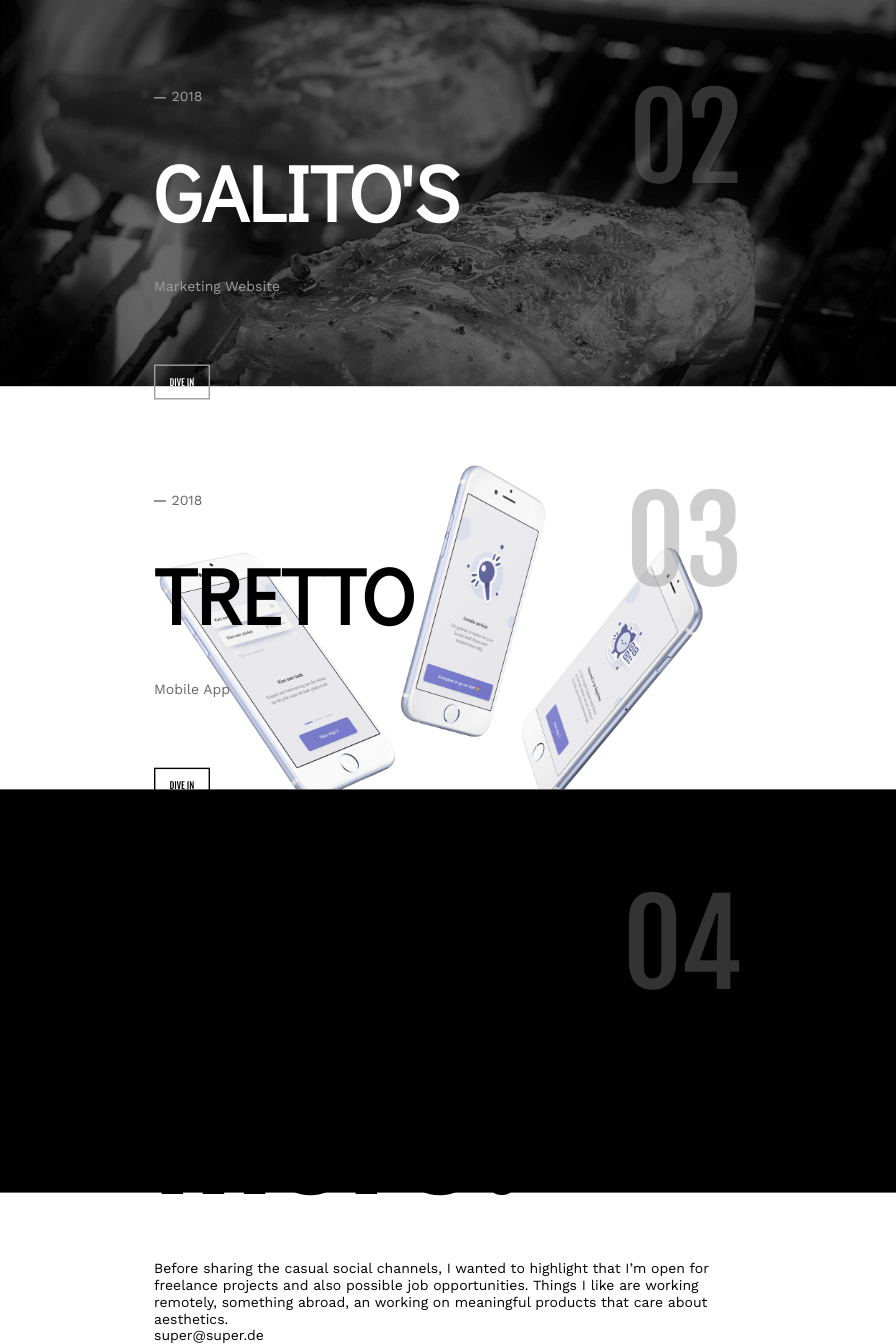
Repository: m0lt/DigitalDesigner
Page: index.html
An editor plug-in stored every save of this project. The page is shown before and after the next save, followed by the edit.
The browser window is 1280 px wide. The pictures show the part of the page from y = 2584 to 4504 px (the page is 4504 px tall), at 70% of full size.
Backgrounds fixed to the window are drawn as part of the page.

Above is the page before, as saved 2025-07-08 11:34:31.

After the next save:
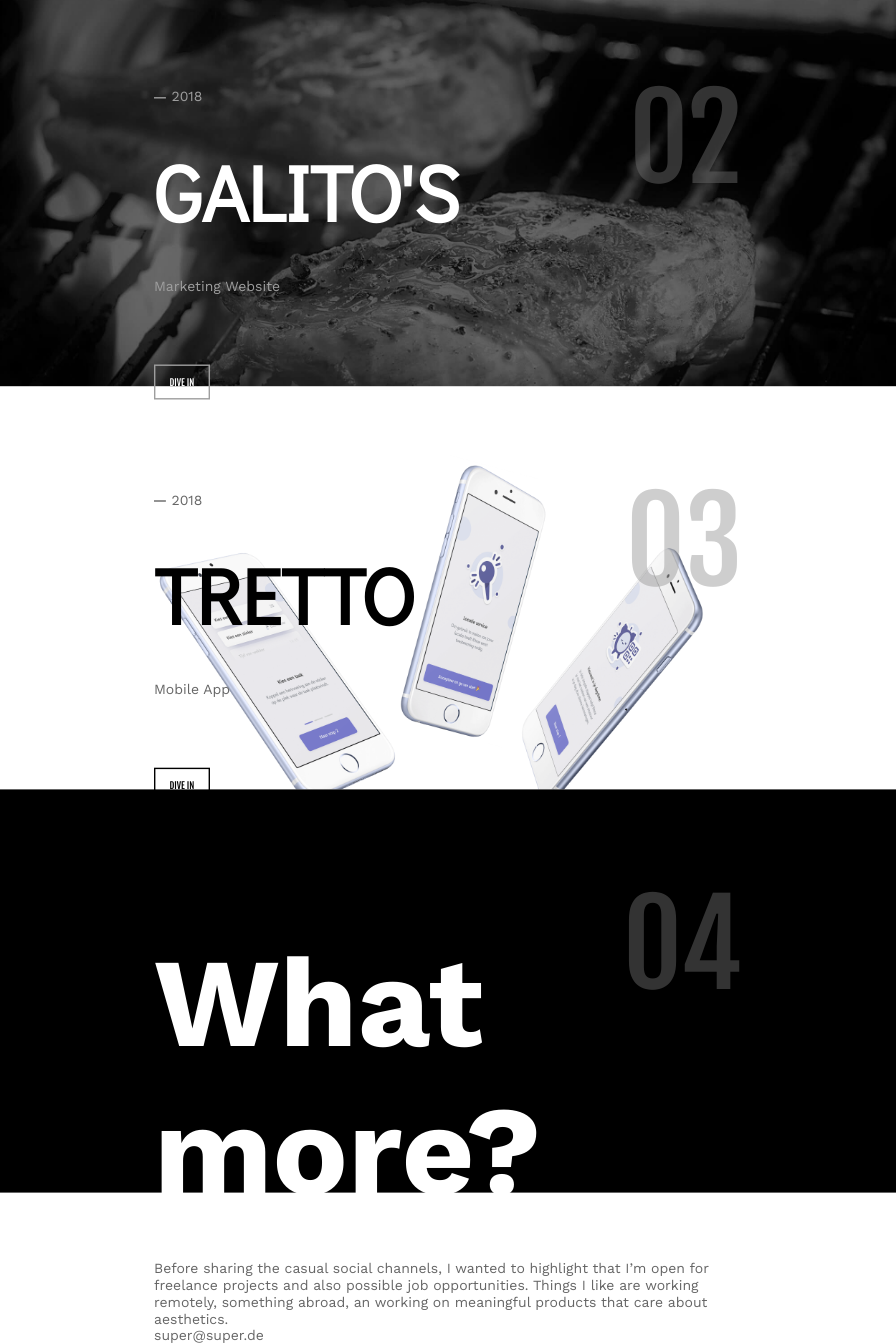
Saved 53 s later.
--- a/assets/css/styles.css
+++ b/assets/css/styles.css
@@ -154,4 +154,8 @@ p.number {
 #more h2 {
   font-size: 180px;
   font-family: "Work Sans";
+  color: var(--bright);
 }
+#more p {
+  color: var(--mid);
+}
